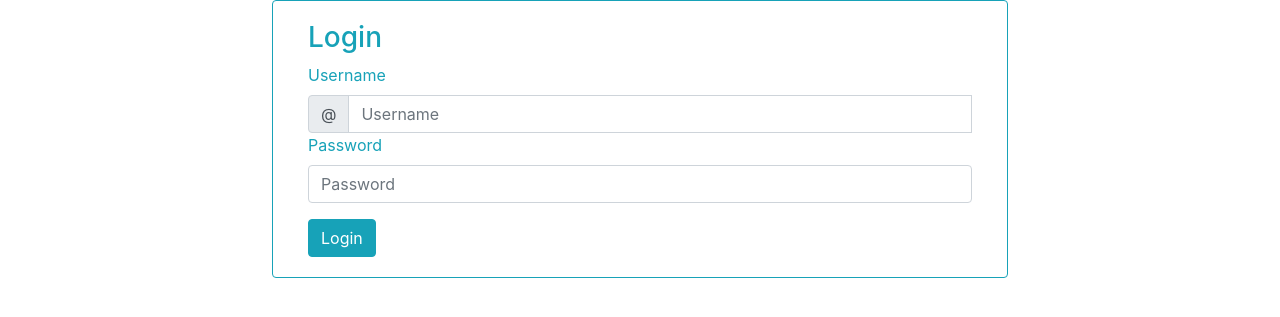
Repository: hrishibhattu/CodeFury-Internal-2
Page: http://localhost/ToYoDo/JSP/customerLogin.jsp
An editor plug-in stored every save of this project. The page is shown before and after the next save, followed by the edit.
The browser window is 1280 px wide. The pictures show the whole page.
Some web libraries are served in a nearby version. The page is served by Tomcat 9.

Above is the page before, as saved 2021-09-17 19:08:23.

After the next save:
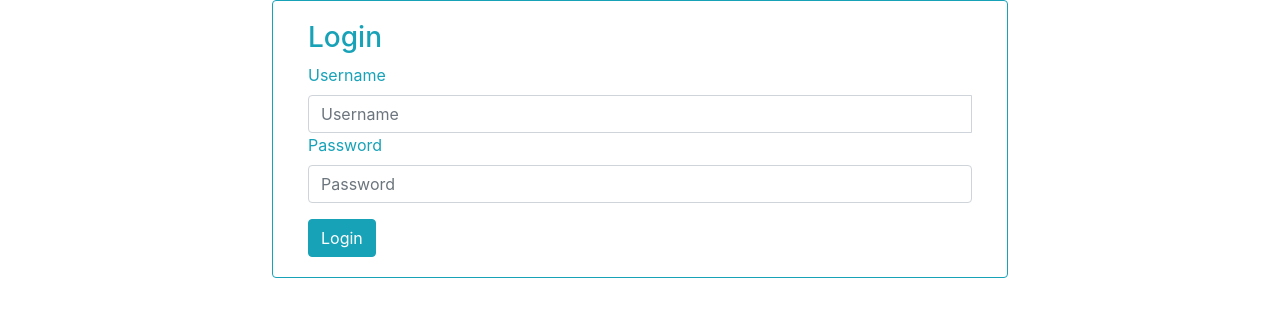
Saved 28 s later.
--- a/ToYoDo/WebContent/JSP/customerLogin.jsp
+++ b/ToYoDo/WebContent/JSP/customerLogin.jsp
@@ -44,9 +44,6 @@
 				<div class="form-group">
 					<label for="validUsername">Username</label>
 					<div class="input-group">
-						<div class="input-group-prepend">
-							<span class="input-group-text" id="inputGroupPrepend">@</span>
-						</div>
 						<input type="text" class="form-control" id="validUsername"
 							name="username" placeholder="Username"
 							aria-describedby="inputGroupPrepend" required>
